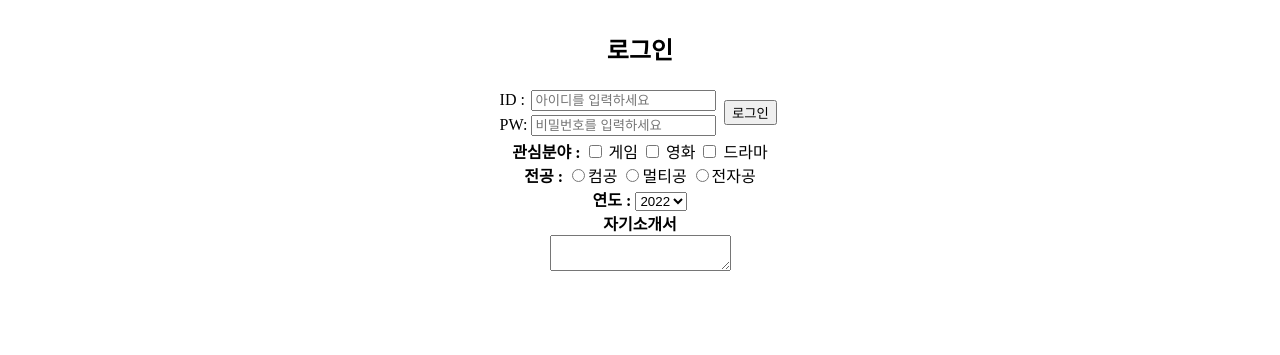
Repository: umhayun/myJSP
Page: HTML/src/main/webapp/login.html
These files come from the project's save history. The page is drawn as it stood at one moment and after the next save; the edit follows.
The browser window is 1280 px wide. The pictures show the whole page.

Above is the page before, as saved 2022-01-18 02:08:59.

### HTML/src/main/webapp/login.html
<!DOCTYPE html>
<html>
<head>
<meta charset="UTF-8">
<title>Insert title here</title>
</head>
<body>
<!--form태그는 데이터를 전송하기 위해서 사용 -->
<form action="">
<table align=center >
	<tr>
		<td colspan=3 align=center><h2>로그인</h2></td>
	</tr>
	<tr>
		<td width="20">ID : </td>
		<td width="50"><input type="text" placeholder="아이디를 입력하세요"></td>
		<td width="60"rowspan=2 align=center><input type=submit value="로그인"></td>
	</tr>
	<tr>
		<td width="20">PW: </td>
		<td width="50"><input type="password" placeholder="비밀번호를 입력하세요"></td>
	</tr>

</table>
</form>

<form align=center>
<!-- 관심분야 체크박스 -->
<strong>관심분야 : </strong>
<input type="checkbox" name="intro"> 게임
<input type="checkbox" name="intro"> 영화
<input type="checkbox" name="intro"> 드라마
<!-- radio 타입 -->
<br>
<strong>전공 : </strong>
<input type="radio"name="major">컴공
<input type="radio"name="major">멀티공
<input type="radio"name="major">전자공

<br>
<strong>연도 : </strong>
<select>
<option>2022</option>
<option>2021</option>
<option>2020</option>
<option>2019</option>
<option>2018</option>
</select>
<br>
<strong>자기소개서</strong>
<br>
<textarea></textarea>
</form>

</body>
</html>

After the next save:
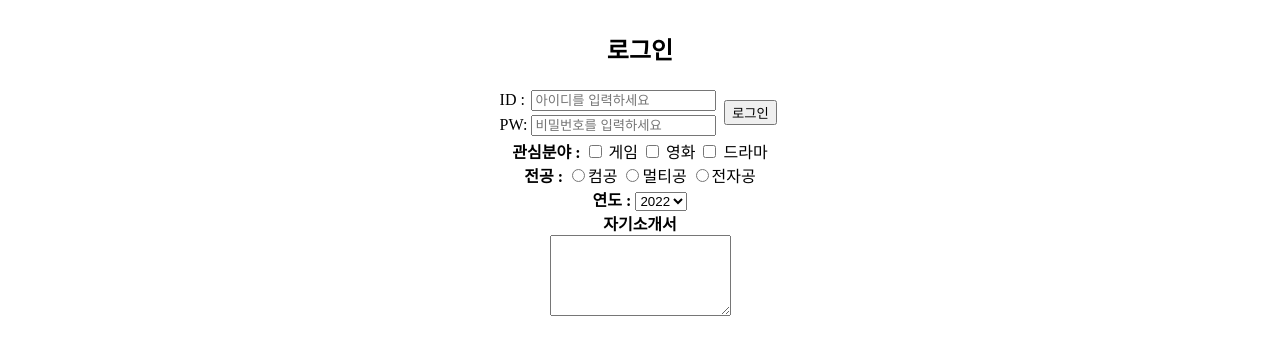
Saved 16 s later.
--- a/HTML/src/main/webapp/login.html
+++ b/HTML/src/main/webapp/login.html
@@ -49,7 +49,7 @@
 <br>
 <strong>자기소개서</strong>
 <br>
-<textarea></textarea>
+<textarea rows="5" cols"50"></textarea>
 </form>
 
 </body>
